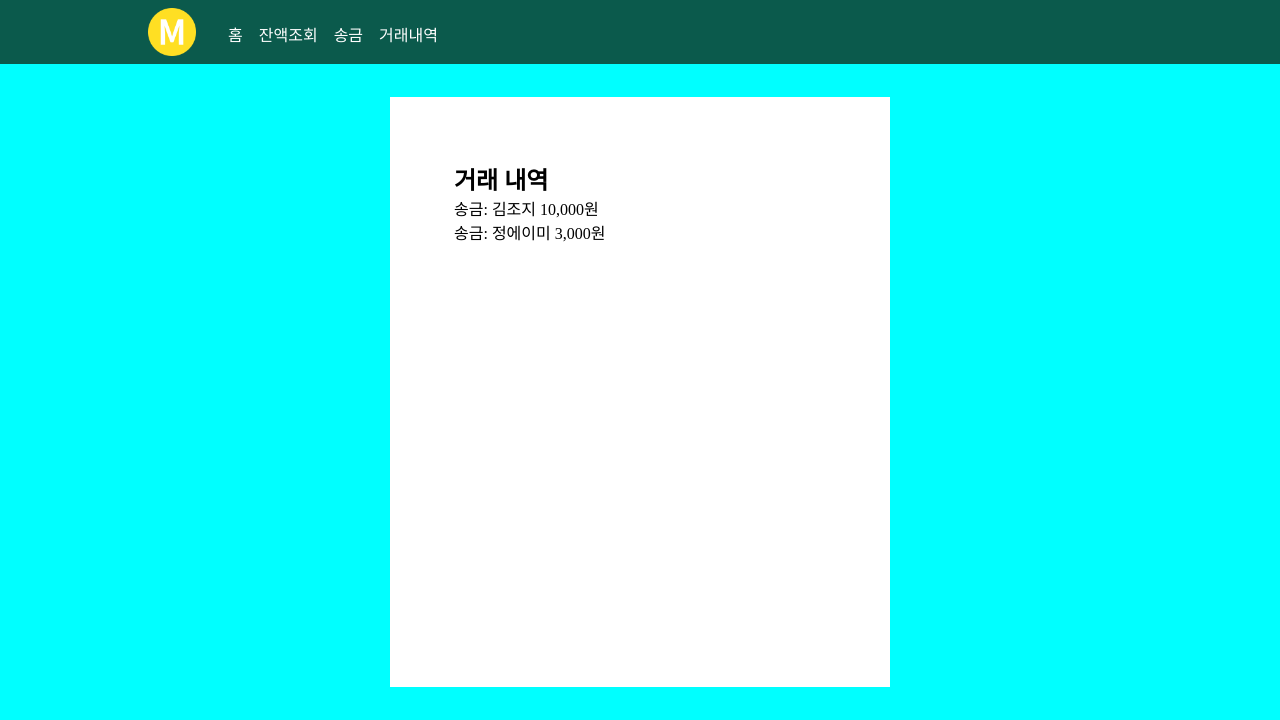
Repository: JiNookk/makaobank
Page: week06/makaoBank/transaction.html
An editor plug-in stored every save of this project. The page is shown before and after the next save, followed by the edit.
The browser window is 1280 px wide. The pictures show the whole page.

Above is the page before, as saved 2022-09-13 17:27:05.

### week06/makaoBank/transaction.html
<!DOCTYPE html>
<html lang="ko">
    <head>
        <meta charset="UTF-8">
        <title>마카오 뱅크</title>
        <!-- <link rel="favicon for makaoBank" href="./resources/logo.png"> favicon나중에 넣어보기-->
        <link rel="stylesheet" href="./css/reset.css">
        <link rel="stylesheet" href="./css/layout.css">
        <link rel="stylesheet" href="./css/elements.css">
    </head>
    <body>
        <header>
            <nav id="nav-item-container">
                <a href="./index.html">
                    <img id="home-logo" alt="makaoBank home Button" src="./resources/logo.png">
                </a>
                <a href="./index.html">홈</a>
                <a href="./amount.html">잔액조회</a>
                <a href="./transfer.html">송금</a>
                <a href="./transaction.html">거래내역</a>
            </nav>
        </header>
        <main>
            <section class="content-container">
               <h1>거래 내역</h1>
               <p>송금: 김조지 10,000원</p>
               <p>송금: 정에이미 3,000원</p>
            </section>
        </main>
    </body>
</html>

### week06/makaoBank/css/reset.css
* {
    box-sizing: border-box;
    margin: 0px;
    padding: 0px;
}

### week06/makaoBank/css/layout.css
html{
    width: 100%;
    height: 100%;
}

body{
    display: grid;
    grid: 4rem 1fr 18fr 1fr / 1fr 500px 500px 1fr;

    grid-template-areas:
    "header header header header"
    ". . . ."
    ". main main ."
    ". . . .";

    color: white;
    background-color: aqua;

    width: 100%;
    height: 100%;
}

#home-contents-container{
    grid: 4rem 1fr 300px 1fr / 1fr 500px 500px 1fr;
    grid-template-areas:
    "header header header header"
    ". . . ."
    ". main main ."
    ". . . .";
}

header{
    grid-column-start: span 4;
    grid-area:header;

    display: grid;
    grid-template-columns: 1fr 500px 500px 1fr;

    height: 4rem;
    background-color: rgb(11,90,76);
}

nav{
    grid-column-start: 2;
    grid-row-start: 1;
}

nav *{
    margin-right: 1rem;
}

main{
    display: flex;
    justify-content: center;
    grid-area: main;
}

aside{
    grid-area: aside;
}

### week06/makaoBank/css/elements.css
/* aside>div{
    background-image: url("../resources/saving.png");
    width: 100%;
    height: 100%;
} */

a{
    color: white;
    text-decoration: none;
}

#nav-item-container{
    display: flex;

    align-items: center;

    padding: .5rem;
}

#home-items-container{
    display: flex;
}

#home-logo{
    height: 3rem;
}

#home-description{
    font-size: 1.8rem;

    display: flex;
    flex-direction: column;
    align-items: center;

    width: 500px;
}

#home-description button{
    font-size: .6rem;

    justify-self: center;
    margin: .3rem;
    margin-top: 3rem;

    background-color: rgb(11,90,76);
    color: white;

    width: 160px;
    height: 65px;

    border-radius: 2.3rem;
}

#saving-image{
    width: 72vh;
    height: 40vh;
}

.content-container{
    padding: 4rem;

    width: 50%;
    height: 100%;

    background-color: white;
}

.content-container *{
    color: black;
}

After the next save:
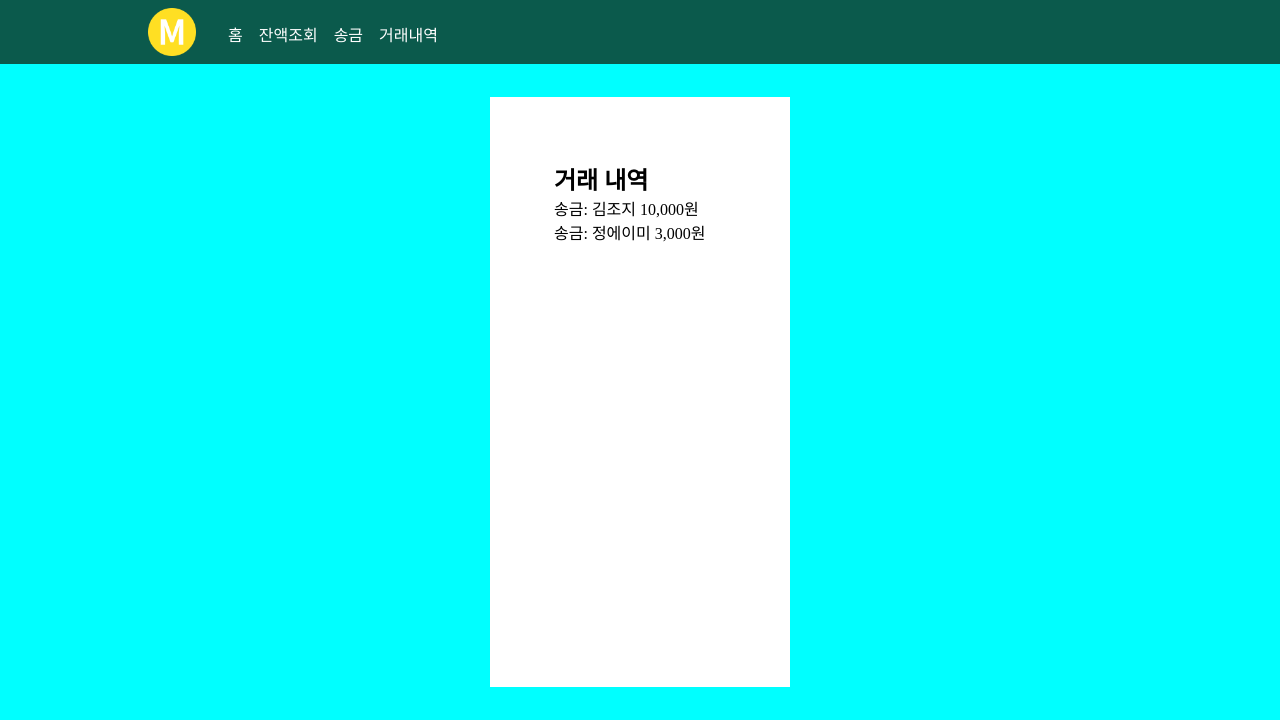
Saved 25 s later.
--- a/week06/makaoBank/css/elements.css
+++ b/week06/makaoBank/css/elements.css
@@ -59,7 +59,7 @@ a{
 .content-container{
     padding: 4rem;
 
-    width: 50%;
+    width: 30%;
     height: 100%;
 
     background-color: white;
